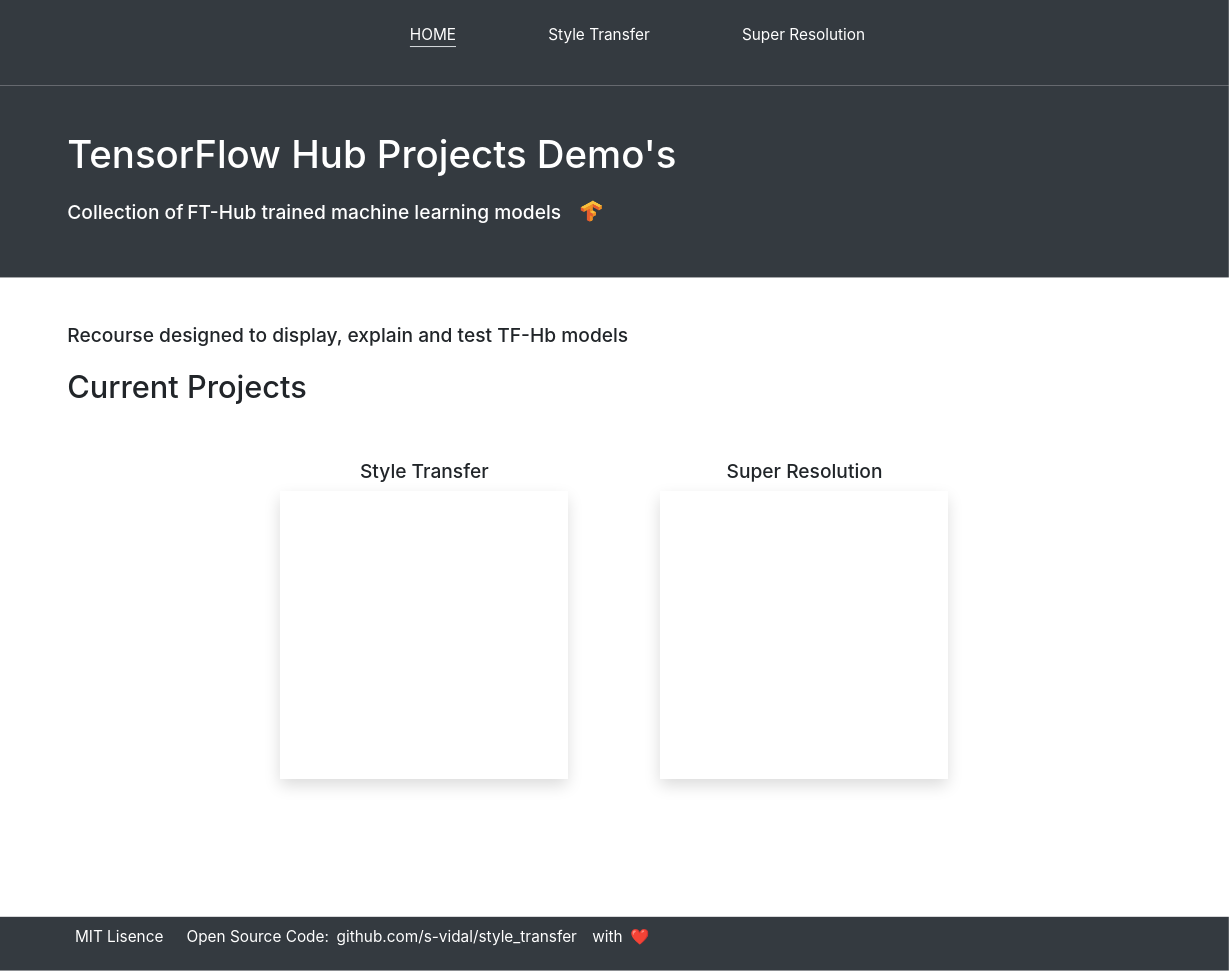
Repository: s-vidal/style_transfer
Page: / (app in client/)
The author's editor kept a copy of each file at every save. The page is drawn from the files as they stood at one save, then again after the next save.
The browser window is 1280 px wide. The pictures show the whole page, at 96% of full size.
The page's requests for data from a server got no answer. The project was rebuilt for these pictures with package versions that can differ from the ones it lists, and the page was loaded fresh each time. A package was used in the major version that the imports need, not the one package.json lists. No one was signed in, and anything a server would have sent is missing. Also part of the build but not shown: client/src/components/DropZone.jsx, client/src/lib/api.js, client/src/components/Inference.jsx, client/src/components/Header.jsx, client/src/pages/StyleTransfer.jsx, client/src/pages/SuperResolution.jsx.

Above is the page before, as saved 2020-09-30 16:23:37.

### client/public/index.html
<!DOCTYPE html>
<html lang="en">
  <head>
    <meta charset="utf-8" />
    <link rel="icon" href="%PUBLIC_URL%/favicon.ico" />
    <meta name="viewport" content="width=device-width, initial-scale=1" />
    <meta name="theme-color" content="#000000" />
    <meta
      name="description"
      content="Web site created using create-react-app"
    />
    <link rel="apple-touch-icon" href="%PUBLIC_URL%/logo192.png" />
    <!--
      manifest.json provides metadata used when your web app is installed on a
      user's mobile device or desktop. See https://developers.google.com/web/fundamentals/web-app-manifest/
    -->
    <link rel="manifest" href="%PUBLIC_URL%/manifest.json" />
    <!--
      Notice the use of %PUBLIC_URL% in the tags above.
      It will be replaced with the URL of the `public` folder during the build.
      Only files inside the `public` folder can be referenced from the HTML.

      Unlike "/favicon.ico" or "favicon.ico", "%PUBLIC_URL%/favicon.ico" will
      work correctly both with client-side routing and a non-root public URL.
      Learn how to configure a non-root public URL by running `npm run build`.
    -->
    <!-- CSS only -->
    <link
      rel="stylesheet"
      href="https://stackpath.bootstrapcdn.com/bootstrap/4.5.2/css/bootstrap.min.css"
      integrity="sha384-JcKb8q3iqJ61gNV9KGb8thSsNjpSL0n8PARn9HuZOnIxN0hoP+VmmDGMN5t9UJ0Z"
      crossorigin="anonymous"
    />
    <title>React App</title>
  </head>
  <body>
    <noscript>You need to enable JavaScript to run this app.</noscript>
    <div id="root"></div>
    <!--
      This HTML file is a template.
      If you open it directly in the browser, you will see an empty page.

      You can add webfonts, meta tags, or analytics to this file.
      The build step will place the bundled scripts into the <body> tag.

      To begin the development, run `npm start` or `yarn start`.
      To create a production bundle, use `npm run build` or `yarn build`.
    -->
    <!-- JS, Popper.js, and jQuery -->
    <script
      src="https://code.jquery.com/jquery-3.5.1.slim.min.js"
      integrity="sha384-DfXdz2htPH0lsSSs5nCTpuj/zy4C+OGpamoFVy38MVBnE+IbbVYUew+OrCXaRkfj"
      crossorigin="anonymous"
    ></script>
    <script
      src="https://cdn.jsdelivr.net/npm/popper.js@1.16.1/dist/umd/popper.min.js"
      integrity="sha384-9/reFTGAW83EW2RDu2S0VKaIzap3H66lZH81PoYlFhbGU+6BZp6G7niu735Sk7lN"
      crossorigin="anonymous"
    ></script>
    <script
      src="https://stackpath.bootstrapcdn.com/bootstrap/4.5.2/js/bootstrap.min.js"
      integrity="sha384-B4gt1jrGC7Jh4AgTPSdUtOBvfO8shuf57BaghqFfPlYxofvL8/KUEfYiJOMMV+rV"
      crossorigin="anonymous"
    ></script>
  </body>
</html>

### client/src/App.js
import React from "react";
import {BrowserRouter as Router, Switch, Route} from "react-router-dom";
import "./App.css";
import StyleTransfer from "./pages/StyleTransfer";
import SuperResolution from "./pages/SuperResolution";
import Footer from "./components/Footer";
import NavBar from "./components/NavBar";
import HomePage from "./pages/HomePage";

function App() {
  return (
    <div>
      <Router>
        <NavBar />
        <Switch>
          <Route path="/super-resolution">
            <SuperResolution />
          </Route>
          <Route path="/style-transfer">
            <StyleTransfer />
          </Route>
          <Route path="/">
            <HomePage />
          </Route>
        </Switch>
        <Footer />
      </Router>
    </div>
  );
}

export default App;

### client/src/App.css
.vh-59 {
  min-height: 48vh;
}

.italic {
  font-style: italic;
}

### client/src/components/Footer.jsx
import React from "react";

const Footer = () => {
  return (
    <div className="text-white bg-dark">
      <div className="container mt-5">
        <div className="row p-2 mt-4">
          <p className="mr-4">MIT Lisence</p>
          <p>Open Source Code:</p>
          <a
            className="ml-2 text-white"
            href="https://github.com/s-vidal/style_transfer"
          >
            <span>github.com/s-vidal/style_transfer</span>
          </a>
          <p className="ml-3 mr-1"> with </p>
          <span role="img" aria-label="emoji" className="ml-1">
            ❤️
          </span>
        </div>
      </div>
    </div>
  );
};

export default Footer;

### client/src/components/NavBar.jsx
import React, {useState, useEffect} from "react";
import {Link, useLocation} from "react-router-dom";
import "./NavBar.css";

const NavBar = () => {
  const [currentPage, setCurrentPage] = useState("");
  const location = useLocation();

  useEffect(() => {
    const currentPath = location.pathname;
    setCurrentPage(currentPath.substring(1));
  }, [location]);

  return (
    <nav className="navbar navbar-expand-lg d-flex justify-content-center bg-dark pt-3 pb-3">
      <ul className="navbar-nav">
        <li className="nav-item">
          <Link className="nav-link pl-5 pr-5" to={"/"}>
            <div className="ml-5 ">
              <p
                className={
                  currentPage === ""
                    ? "text-white nav-text active border-bottom"
                    : "text-white nav-text"
                }
              >
                HOME
              </p>
            </div>
          </Link>
        </li>
        <li className="nav-item">
          <Link
            className="nav-link pl-5 pr-5 text-white"
            to={"/style-transfer"}
          >
            <p
              className={
                currentPage === "style-transfer"
                  ? "text-white nav-text active border-bottom"
                  : "text-white nav-text"
              }
            >
              Style Transfer
            </p>
          </Link>
        </li>
        <li className="nav-item active">
          <Link
            className="nav-link pl-5 pr-5 text-white"
            to={"/super-resolution"}
          >
            <p
              className={
                currentPage === "super-resolution"
                  ? "text-white nav-text active border-bottom"
                  : "text-white nav-text"
              }
            >
              Super Resolution
            </p>
          </Link>
        </li>
      </ul>
    </nav>
  );
};

export default NavBar;

### client/src/pages/HomePage.jsx
import React from "react";
import "../components/HomePage.css";

const HomePage = () => {
  return (
    <>
      <div className="bg-dark text-white p-4 pt-5 pb-5">
        <div className="container">
          <div className="row">
            <h1>TensorFlow Hub Projects Demo's</h1>
          </div>
          <div className="row mt-3">
            <h5>Collection of</h5>
            <a
              href="https://tfhub.dev/google/magenta/arbitrary-image-stylization-v1-256/2"
              className="pl-1 pr-1 text-white"
            >
              <h5>FT-Hub trained machine learning models</h5>
            </a>
            <img
              className="ml-3"
              src={require("../img/tf_logo.png")}
              alt="tf"
              width="22"
              height="22"
            ></img>
          </div>
        </div>
      </div>
      <div className="vh-59 p-5 pb-0">
        <div className="container p-0">
          <div>
            <h5 className="mb-4">
              Recourse designed to display, explain and test TF-Hb models
            </h5>
            <h2 className="mt-2">Current Projects</h2>
          </div>
          <div className="row d-flex justify-content-center">
            <div className="m-5">
              <h5 className="text-center">Style Transfer</h5>
              <div className="home-item shadow"></div>
            </div>
            <div className="m-5">
              <h5 className="text-center"> Super Resolution</h5>
              <div className="home-item shadow"></div>
            </div>
          </div>
        </div>
      </div>
    </>
  );
};

export default HomePage;

### client/src/components/NavBar.css
.nav-text:hover {
  border-bottom: 1px solid white;
  transition-duration: 0.5s ease-in-out;
}

### client/src/components/HomePage.css
.home-item {
  min-width: 300px;
  min-height: 300px;
}
.home-item:hover {
  cursor: pointer;
  transform: translate(3px, 3px);
  transition-duration: 0.5s ease-in-out;
}

Loaded but not shown: client/src/index.js (common file); client/src/index.css (common file); client/src/serviceWorker.js (common file)

After the next save:
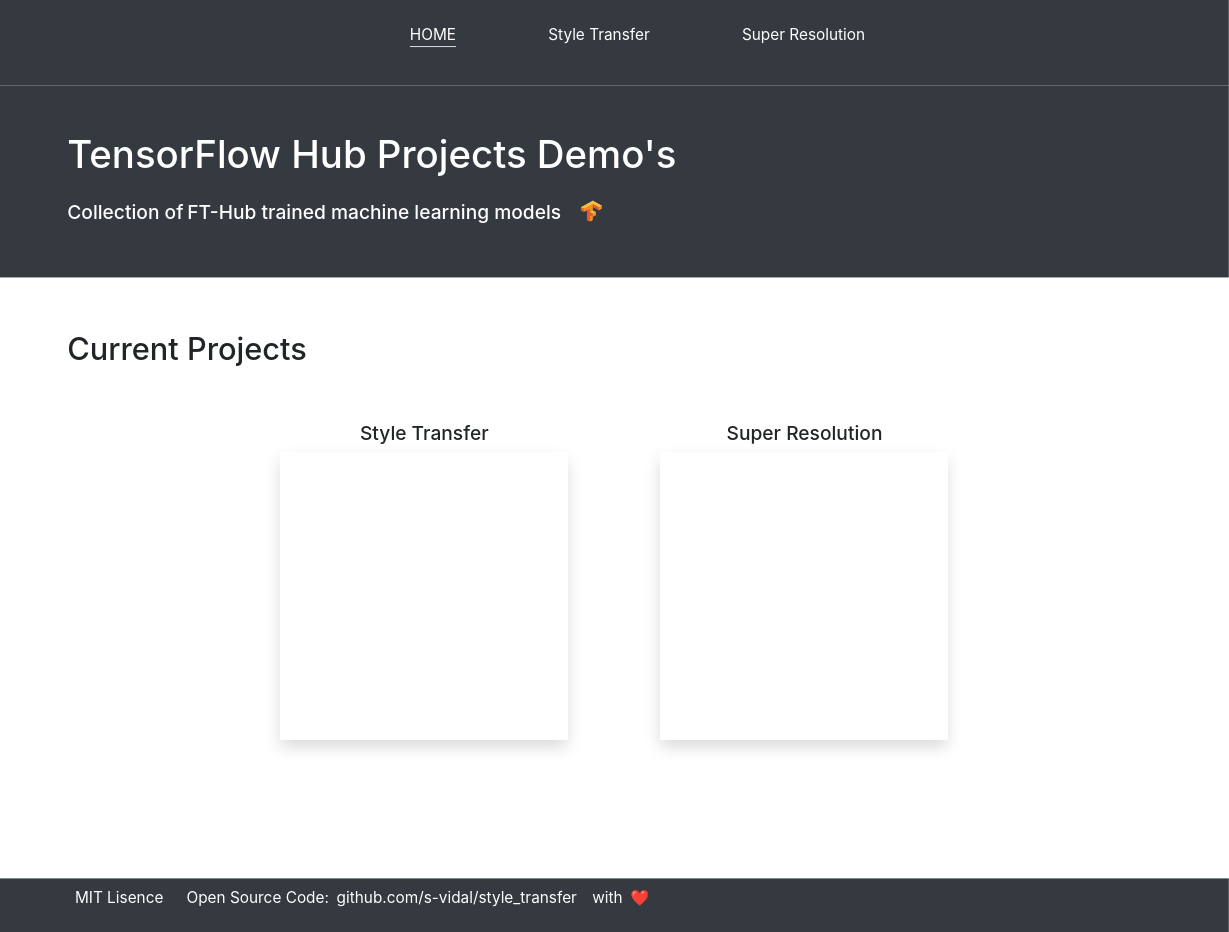
Saved 7 s later.
--- a/client/src/pages/HomePage.jsx
+++ b/client/src/pages/HomePage.jsx
@@ -30,9 +30,6 @@
       <div className="vh-59 p-5 pb-0">
         <div className="container p-0">
           <div>
-            <h5 className="mb-4">
-              Recourse designed to display, explain and test TF-Hb models
-            </h5>
             <h2 className="mt-2">Current Projects</h2>
           </div>
           <div className="row d-flex justify-content-center">
